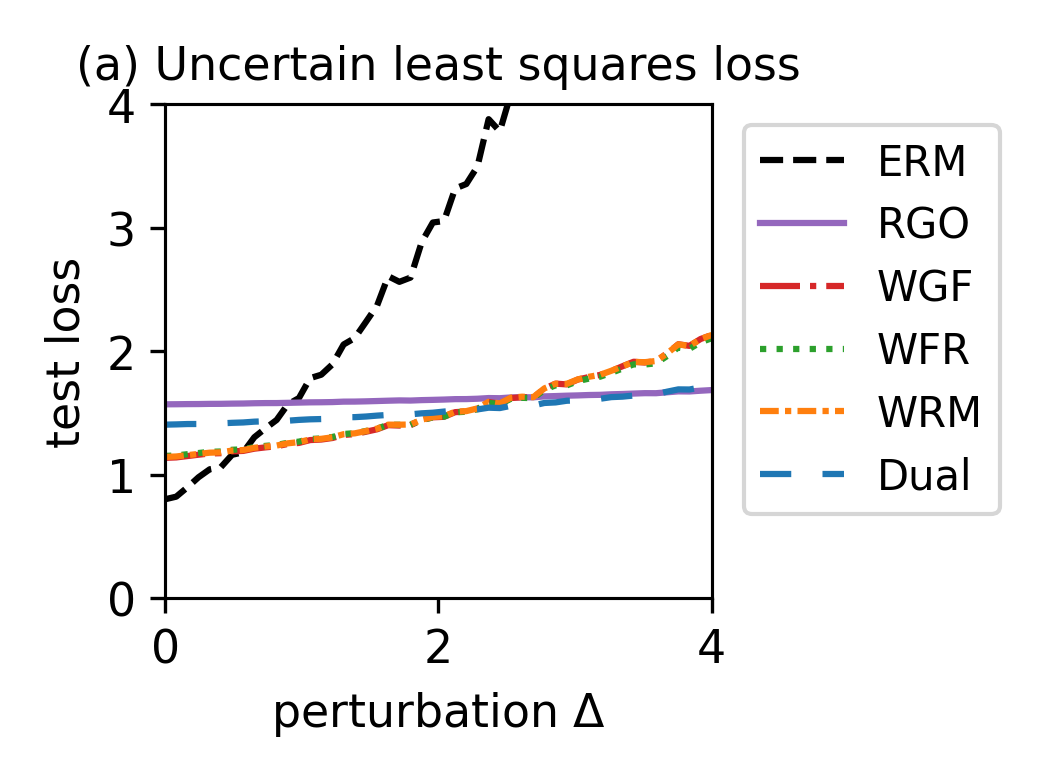
Repository: ZusenXu/GFS-DRO
Script's output: python uncertain_least_squares/uncertain_least_squares.py
An editor plug-in stored every save of this project. The script's output is shown before and after the next save, followed by the edit.
Random numbers start from a fixed seed.

Above is the script's output before, as saved 2025-09-13 21:13:07.

### uncertain_least_squares/uncertain_least_squares.py
import numpy as np
import matplotlib.pyplot as plt
from scipy.optimize import minimize
from scipy.special import logsumexp

# --- 1. 实验设置与参数定义 ---
# 定义问题的维度
DIM_M = 10  # 矩阵 A 的行数
DIM_N = 10  # 矩阵 A 的列数 (theta 的维度)

# 定义训练/测试样本数量
N_TRAIN_SAMPLES = 10
N_TEST_SAMPLES = 1000

# 定义分布偏移的扰动范围
DELTA_MIN = 0.0
DELTA_MAX = 4.0
DELTA_STEPS = 50

# --- DRO 算法超参数 ---
N_EPOCHS = 50 # 外部优化的迭代轮数
LEARNING_RATE = 0.01 # 外部优化 theta 的学习率
LAMBDA_VAL = 0.1 # 正则化参数 lambda
EPSILON = 1 # 熵正则化参数 epsilon
GRAD_CLIP_THRESHOLD = 10.0 # 梯度裁剪阈值，防止梯度爆炸

# RGO (算法2) 特定参数
RGO_SMOOTHNESS_L = 0.5 # 假设的损失函数平滑度 L (需满足 LAMBDA_VAL > L/2)

# WGF (算法3), WFR (算法4), WRM 特定参数
K_INNER_STEPS = 10  # 内部循环迭代次数 K (现在作为基准次数)
INNER_STEP_SIZE = 0.01 # 内部循环步长 eta

# WFR (算法4) 特定参数
M_PARTICLES = 5 # WFR 使用的粒子(样本)数量
WFR_WEIGHT_STEP_SIZE = 0.08 # WFR 权重更新步长 tau

# Dual 方法特定参数
SINKHORN_SAMPLE_LEVEL = 4 # Dual 方法的蒙特卡洛采样级别

# --- 2. 生成固定的问题实例 ---
np.random.seed(42)
A0 = np.random.randn(DIM_M, DIM_N)
A1 = np.random.randn(DIM_M, DIM_N)
b = np.random.randn(DIM_M)

# --- 3. 数据生成函数 ---
def generate_training_data(n_samples):
    return np.random.uniform(-0.5, 0.5, n_samples)

def generate_test_data(n_samples, delta):
    lower_bound = -0.5 * (1 + delta)
    upper_bound = 0.5 * (1 + delta)
    return np.random.uniform(lower_bound, upper_bound, n_samples)

# --- 4. 核心函数定义 ---
def loss_function(theta, z):
    """ 计算单个样本 z 的损失 f_theta(z) """
    A_z = A0 + z * A1
    residual = A_z @ theta - b
    return np.sum(residual**2)/DIM_M

def loss_grad_theta(theta, z):
    """ 计算损失函数关于 theta 的梯度 nabla_theta f_theta(z) """
    A_z = A0 + z * A1
    residual = A_z @ theta - b
    return 2 * A_z.T @ residual

def loss_grad_z(theta, z):
    """ 计算损失函数关于 z 的梯度 nabla_z f_theta(z) """
    residual = (A0 + z * A1) @ theta - b
    grad_A_z = A1 @ theta
    return 2 * residual.T @ grad_A_z

# --- 5. ERM (经验风险最小化) 实现 ---
def erm_objective_function(theta, xi_samples):
    """ 计算 ERM 的目标函数值（平均损失）"""
    total_loss = np.mean([loss_function(theta, xi) for xi in xi_samples])
    return total_loss

def solve_erm(xi_train_samples):
    """ 使用优化器求解 ERM 问题 """
    initial_theta = np.zeros(DIM_N)
    result = minimize(
        erm_objective_function, initial_theta, args=(xi_train_samples,), method='BFGS')
    if not result.success:
        print("警告: ERM 优化过程可能未收敛。")
    return result.x

# --- 6. RGO (算法2) 实现 ---
def solve_rgo(xi_train_samples):
    """ 使用 RGO 算法求解 Sinkhorn DRO """
    theta = np.zeros(DIM_N)

    def rgo_inner_objective(z, xi, current_theta):
        l = loss_function(current_theta, z)
        penalty = np.sum((z - xi)**2)
        return -l / (LAMBDA_VAL * EPSILON) + penalty / EPSILON

    def rgo_inner_objective_grad_z(z, xi, current_theta):
        grad_l_z = loss_grad_z(current_theta, z)
        grad_penalty = 2 * (z - xi)
        return -grad_l_z / (LAMBDA_VAL * EPSILON) + grad_penalty / EPSILON

    for epoch in range(N_EPOCHS):
        grad_accumulator = np.zeros_like(theta)
        for xi in xi_train_samples:
            # Stage 1: 使用梯度下降寻找 z*
            steps = int(max(5, K_INNER_STEPS * (epoch + 1) / N_EPOCHS))
            z_k = xi # 初始化
            for _ in range(steps):
                grad = rgo_inner_objective_grad_z(z_k, xi, theta)
                z_k -= INNER_STEP_SIZE * grad
            z_star = z_k

            # Stage 2: 拒绝采样
            accepted = False
            while not accepted:
                variance = (LAMBDA_VAL * EPSILON) / (2 * LAMBDA_VAL - RGO_SMOOTHNESS_L)
                if variance <= 0: variance = 1e-6
                z_candidate = np.random.normal(z_star, np.sqrt(variance))
                f_val_candidate = rgo_inner_objective(z_candidate, xi, theta)
                f_val_star = rgo_inner_objective(z_star, xi, theta)
                log_accept_prob = -f_val_candidate + f_val_star - ((np.sum((z_candidate - z_star)**2)) / (2*variance))
                if np.log(np.random.rand()) < log_accept_prob:
                    accepted_sample = z_candidate
                    accepted = True
            grad_accumulator += loss_grad_theta(theta, accepted_sample)

        avg_grad = grad_accumulator / len(xi_train_samples)
        grad_norm = np.linalg.norm(avg_grad)
        if grad_norm > GRAD_CLIP_THRESHOLD:
            avg_grad = avg_grad * GRAD_CLIP_THRESHOLD / grad_norm
        theta -= LEARNING_RATE * avg_grad

    return theta

# --- 7. Wasserstein Gradient Flow (WGF) 实现 (基于算法3) ---
def solve_wgf(xi_train_samples):
    """ 使用 Wasserstein Gradient Flow (WGF) 求解 Sinkhorn DRO """
    theta = np.zeros(DIM_N)

    def f_bar_grad_z(z, xi, current_theta):
        grad_f = loss_grad_z(current_theta, z)
        return grad_f - 2 * LAMBDA_VAL * (z - xi)

    for epoch in range(N_EPOCHS):
        grad_accumulator = np.zeros_like(theta)
        for xi in xi_train_samples:
            z_k = xi
            steps = int(max(5, K_INNER_STEPS * (epoch + 1) / N_EPOCHS))
            for _ in range(steps):
                noise = np.random.normal(0, 1)
                grad = f_bar_grad_z(z_k, xi, theta)
                z_k += INNER_STEP_SIZE * grad + np.sqrt(2 * INNER_STEP_SIZE * LAMBDA_VAL * EPSILON) * noise
            grad_accumulator += loss_grad_theta(theta, z_k)

        avg_grad = grad_accumulator / len(xi_train_samples)
        grad_norm = np.linalg.norm(avg_grad)
        if grad_norm > GRAD_CLIP_THRESHOLD:
            avg_grad = avg_grad * GRAD_CLIP_THRESHOLD / grad_norm
        theta -= LEARNING_RATE * avg_grad

    return theta

# --- 8. WFR Flow (算法4) 实现 ---
def solve_wfr(xi_train_samples):
    """ 使用 WFR Flow 求解 Sinkhorn DRO """
    theta = np.zeros(DIM_N)

    def f_bar(z, xi, current_theta):
         return loss_function(current_theta, z) - LAMBDA_VAL * np.sum((z-xi)**2)

    def f_bar_grad_z(z, xi, current_theta):
        grad_f = loss_grad_z(current_theta, z)
        return grad_f - 2 * LAMBDA_VAL * (z - xi)

    for epoch in range(N_EPOCHS):
        grad_accumulator = np.zeros_like(theta)
        for xi in xi_train_samples:
            particles = np.full(M_PARTICLES, xi)
            weights = np.full(M_PARTICLES, 1.0 / M_PARTICLES)

            steps = int(max(5, K_INNER_STEPS * (epoch + 1) / N_EPOCHS))
            for _ in range(steps):
                for i in range(M_PARTICLES):
                    noise = np.random.normal(0, 1)
                    grad = f_bar_grad_z(particles[i], xi, theta)
                    particles[i] += INNER_STEP_SIZE * grad + np.sqrt(2 * INNER_STEP_SIZE * LAMBDA_VAL * EPSILON) * noise
                    f_bar_val = f_bar(particles[i], xi, theta)
                    weights[i] = (weights[i]**(1 - LAMBDA_VAL * EPSILON * WFR_WEIGHT_STEP_SIZE)) * np.exp(WFR_WEIGHT_STEP_SIZE * f_bar_val)

                sum_weights = np.sum(weights)
                if sum_weights > 1e-8: weights /= sum_weights
                else: weights = np.full(M_PARTICLES, 1.0 / M_PARTICLES)

            weighted_grad = np.sum([w * loss_grad_theta(theta, z) for w, z in zip(weights, particles)], axis=0)
            grad_accumulator += weighted_grad

        avg_grad = grad_accumulator / len(xi_train_samples)
        grad_norm = np.linalg.norm(avg_grad)
        if grad_norm > GRAD_CLIP_THRESHOLD:
            avg_grad = avg_grad * GRAD_CLIP_THRESHOLD / grad_norm
        theta -= LEARNING_RATE * avg_grad

    return theta

# --- 9. WRM (Wasserstein Robust Method) 实现 ---
def solve_wrm(xi_train_samples):
    """ 使用 WRM (确定性内部优化) 求解 """
    theta = np.zeros(DIM_N)

    def f_bar_grad_z(z, xi, current_theta):
        grad_f = loss_grad_z(current_theta, z)
        return grad_f - 2 * LAMBDA_VAL * (z - xi)

    for epoch in range(N_EPOCHS):
        grad_accumulator = np.zeros_like(theta)
        for xi in xi_train_samples:
            z_k = xi
            steps = int(max(5, K_INNER_STEPS * (epoch + 1) / N_EPOCHS))
            for _ in range(steps):
                grad = f_bar_grad_z(z_k, xi, theta)
                z_k += INNER_STEP_SIZE * grad

            grad_accumulator += loss_grad_theta(theta, z_k)

        avg_grad = grad_accumulator / len(xi_train_samples)
        grad_norm = np.linalg.norm(avg_grad)
        if grad_norm > GRAD_CLIP_THRESHOLD:
            avg_grad = avg_grad * GRAD_CLIP_THRESHOLD / grad_norm
        theta -= LEARNING_RATE * avg_grad

    return theta

# --- 10. Dual Method (对偶方法) 实现 ---
def solve_dual(xi_train_samples):
    """ 使用对偶方法求解 Sinkhorn DRO """
    theta = np.zeros(DIM_N)

    levels = np.arange(SINKHORN_SAMPLE_LEVEL + 1)
    numerators = 2.0**(-levels)
    denominator = 2.0 - 2.0**(-SINKHORN_SAMPLE_LEVEL)
    probabilities = numerators / denominator

    for _ in range(N_EPOCHS):
        grad_accumulator = np.zeros_like(theta)
        for xi in xi_train_samples:
            sampled_level = np.random.choice(levels, p=probabilities)
            m = 2**sampled_level
            noise = np.random.randn(m) * np.sqrt(EPSILON)
            z_samples = xi + noise
            v = np.array([loss_function(theta, z) for z in z_samples]) / (LAMBDA_VAL * EPSILON)
            weights = np.exp(v - np.max(v))
            weights /= np.sum(weights)
            grads_per_sample = np.array([loss_grad_theta(theta, z) for z in z_samples])
            weighted_grad = np.sum(weights[:, np.newaxis] * grads_per_sample, axis=0)
            grad_accumulator += weighted_grad

        avg_grad = grad_accumulator / len(xi_train_samples)
        grad_norm = np.linalg.norm(avg_grad)
        if grad_norm > GRAD_CLIP_THRESHOLD:
            avg_grad = avg_grad * GRAD_CLIP_THRESHOLD / grad_norm
        theta -= LEARNING_RATE * avg_grad

    return theta

# --- 11. 实验执行与评估 ---
def run_experiment():
    """ 执行完整的实验流程 """
    xi_train = generate_training_data(N_TRAIN_SAMPLES)

    print("正在求解 ERM 模型...")
    theta_erm = solve_erm(xi_train)
    print("正在求解 RGO 模型...")
    theta_rgo = solve_rgo(xi_train)
    print("正在求解 WGF 模型...")
    theta_wgf = solve_wgf(xi_train)
    print("正在求解 WFR 模型...")
    theta_wfr = solve_wfr(xi_train)
    print("正在求解 WRM 模型...")
    theta_wrm = solve_wrm(xi_train)
    print("正在求解 Dual 模型...")
    theta_dual = solve_dual(xi_train)
    print("所有模型求解完成。")

    delta_values = np.linspace(DELTA_MIN, DELTA_MAX, DELTA_STEPS)
    results = {'ERM': [], 'RGO': [], 'WGF': [], 'WFR': [], 'WRM': [], 'Dual': []}
    models = {
        'ERM': theta_erm, 'RGO': theta_rgo, 'WGF': theta_wgf,
        'WFR': theta_wfr, 'WRM': theta_wrm, 'Dual': theta_dual
    }

    print("正在评估所有模型...")
    for delta in delta_values:
        xi_test = generate_test_data(N_TEST_SAMPLES, delta)
        for name, theta in models.items():
            test_loss = erm_objective_function(theta, xi_test)
            results[name].append(test_loss)

    print("评估完成。")
    return delta_values, results

# --- 12. 结果可视化 ---
def plot_results(delta_values, results):
    """ 绘制所有模型损失随扰动 delta 变化的曲线 """
    fig, ax = plt.subplots(figsize=(3.5, 2.613), dpi=300)

    styles = {
        'ERM': {'color': 'k', 'linestyle': '--'},
        'RGO': {'color': '#9467bd', 'linestyle': '-'},
        'WGF': {'color': '#d62728', 'linestyle': '-.'},
        'WFR': {'color': '#2ca02c', 'linestyle': ':'},
        'WRM': {'color': '#ff7f0e', 'linestyle': (0, (3, 1, 1, 1))}, # orange, dashdotdot
        'Dual': {'color': '#1f77b4', 'linestyle': (0, (5, 5))} # blue, dashed
    }

    for name, losses in results.items():
        ax.plot(delta_values, losses, linewidth=1.5, label=name, **styles[name])

    ax.set_title('(a) Uncertain least squares loss', fontsize=11)
    ax.set_xlabel('perturbation $\Delta$', fontsize=11)
    ax.set_ylabel('test loss', fontsize=11)
    ax.tick_params(axis='both', which='major', labelsize=11)
    for spine in ax.spines.values():
        spine.set_linewidth(0.75)
    ax.set_xlim(0, 4)
    ax.set_ylim(0, 4)
    ax.grid(False)
    ax.legend(fontsize=10)
    ax.legend(loc='upper left', bbox_to_anchor=(1.02, 1))
    plt.tight_layout()
    plt.savefig('uncertain_least_squares_results.png', dpi=300)
    plt.show()

# --- 主程序入口 ---
if __name__ == '__main__':
    with np.errstate(all='ignore'):
        delta_vals, all_results = run_experiment()
        plot_results(delta_vals, all_results)

After the next save:
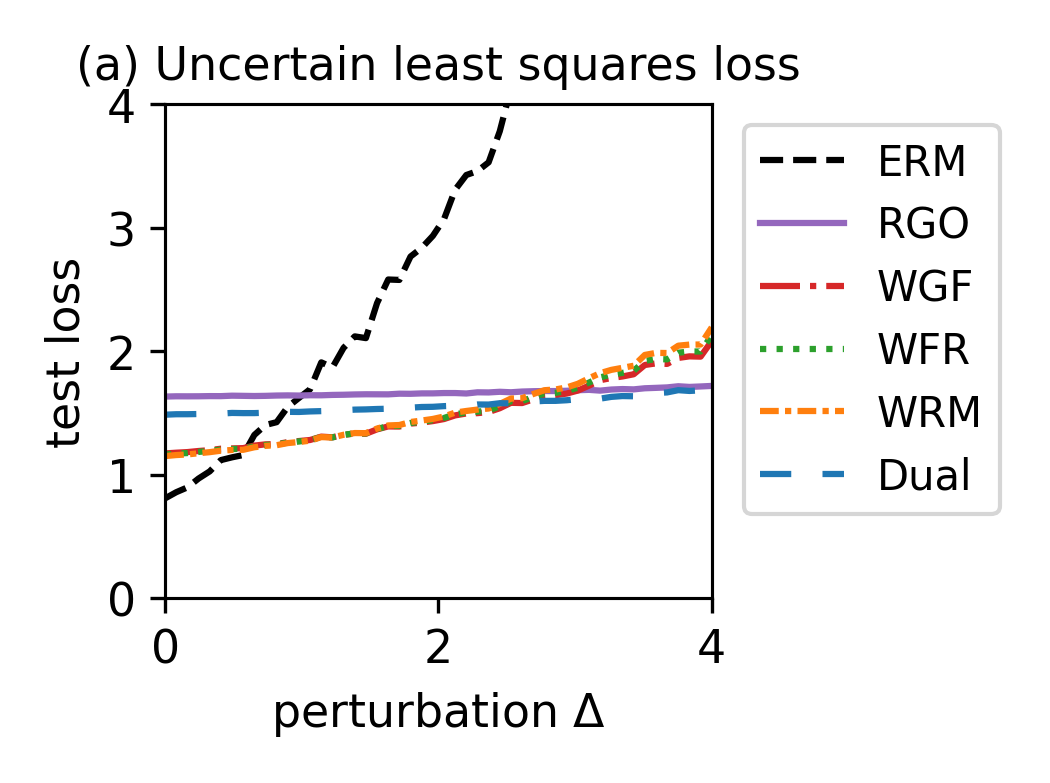
Saved 85 s later.
--- a/uncertain_least_squares/uncertain_least_squares.py
+++ b/uncertain_least_squares/uncertain_least_squares.py
@@ -106,7 +106,7 @@ def solve_rgo(xi_train_samples):
         grad_accumulator = np.zeros_like(theta)
         for xi in xi_train_samples:
             # Stage 1: 使用梯度下降寻找 z*
-            steps = int(max(5, K_INNER_STEPS * (epoch + 1) / N_EPOCHS))
+            steps = K_INNER_STEPS
             z_k = xi # 初始化
             for _ in range(steps):
                 grad = rgo_inner_objective_grad_z(z_k, xi, theta)
@@ -148,7 +148,7 @@ def solve_wgf(xi_train_samples):
         grad_accumulator = np.zeros_like(theta)
         for xi in xi_train_samples:
             z_k = xi
-            steps = int(max(5, K_INNER_STEPS * (epoch + 1) / N_EPOCHS))
+            steps = K_INNER_STEPS
             for _ in range(steps):
                 noise = np.random.normal(0, 1)
                 grad = f_bar_grad_z(z_k, xi, theta)
@@ -181,7 +181,7 @@ def solve_wfr(xi_train_samples):
             particles = np.full(M_PARTICLES, xi)
             weights = np.full(M_PARTICLES, 1.0 / M_PARTICLES)
 
-            steps = int(max(5, K_INNER_STEPS * (epoch + 1) / N_EPOCHS))
+            steps = K_INNER_STEPS
             for _ in range(steps):
                 for i in range(M_PARTICLES):
                     noise = np.random.normal(0, 1)
@@ -218,7 +218,7 @@ def solve_wrm(xi_train_samples):
         grad_accumulator = np.zeros_like(theta)
         for xi in xi_train_samples:
             z_k = xi
-            steps = int(max(5, K_INNER_STEPS * (epoch + 1) / N_EPOCHS))
+            steps = K_INNER_STEPS
             for _ in range(steps):
                 grad = f_bar_grad_z(z_k, xi, theta)
                 z_k += INNER_STEP_SIZE * grad
